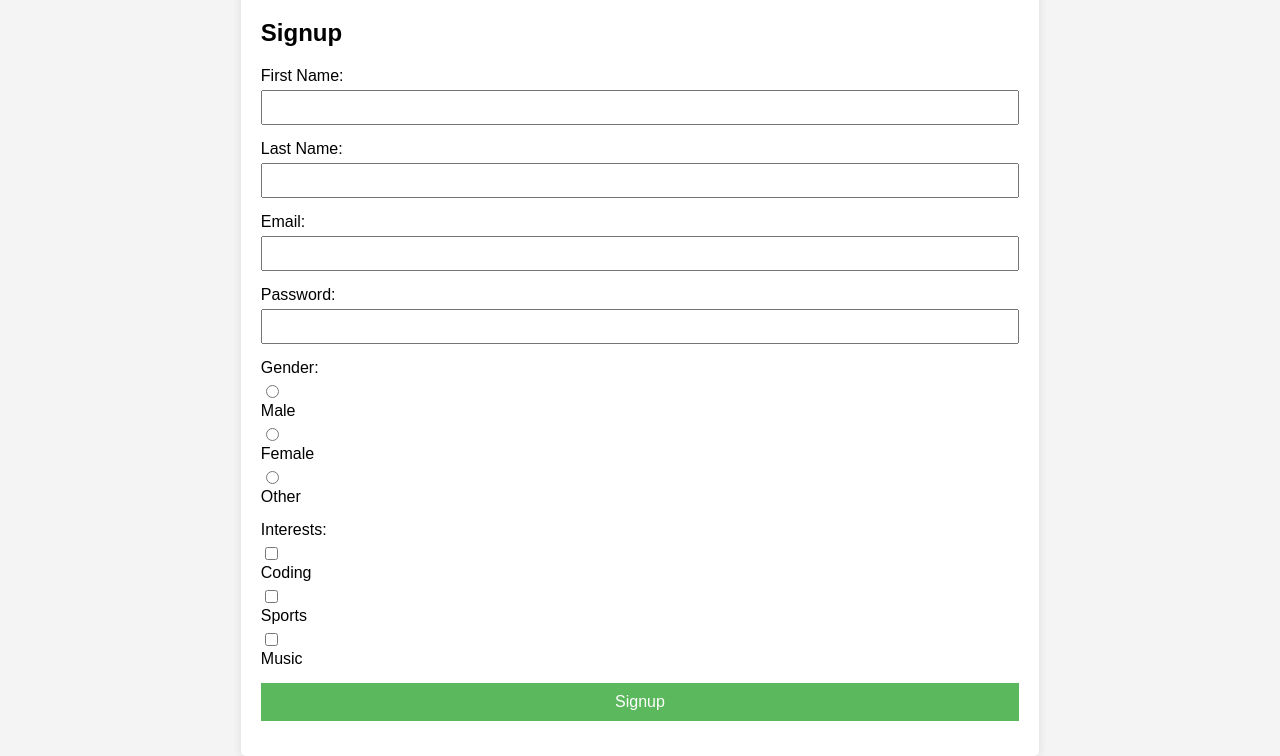
Repository: SHASHIDHAR-as/Spring
Page: spring-jsp-servelets/webapp/Webapp/src/main/webapp/Login.html
An editor plug-in stored every save of this project. The page is shown before and after the next save, followed by the edit.
The browser window is 1280 px wide. The pictures show the whole page.

Above is the page before, as saved 2024-07-30 06:22:20.

After the next save:
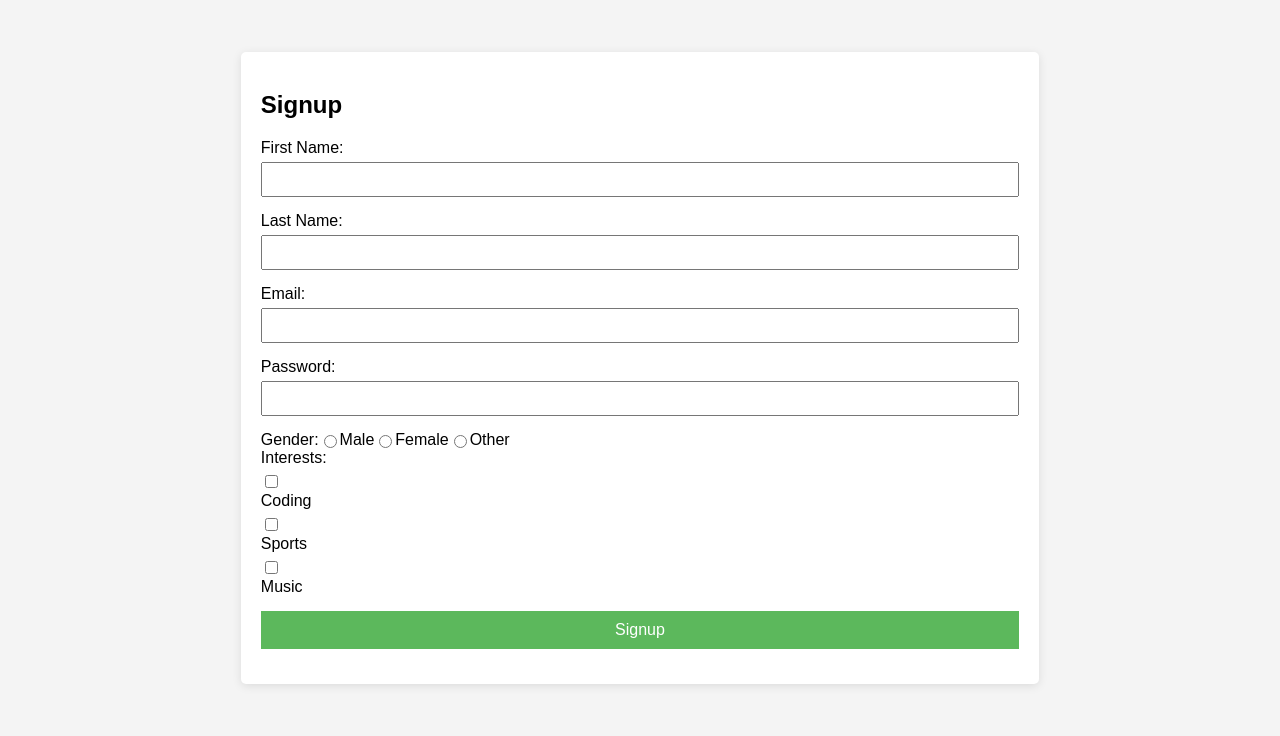
Saved 2 min 12 s later.
--- a/spring-jsp-servelets/webapp/Webapp/src/main/webapp/Login.html
+++ b/spring-jsp-servelets/webapp/Webapp/src/main/webapp/Login.html
@@ -26,6 +26,9 @@
         }
         .form-group {
             margin-bottom: 15px;
+        }
+        .form-group-w {
+            display:flex;
         }
         .form-group label {
             display: block;
@@ -75,7 +78,7 @@
             <label for="password">Password:</label>
             <input type="password" id="password" name="password" required>
         </div>
-        <div class="form-group">
+        <div class="form-group-w">
             <label>Gender:</label>
             <input type="radio" id="male" name="gender" value="male" required>
             <label for="male">Male</label>
